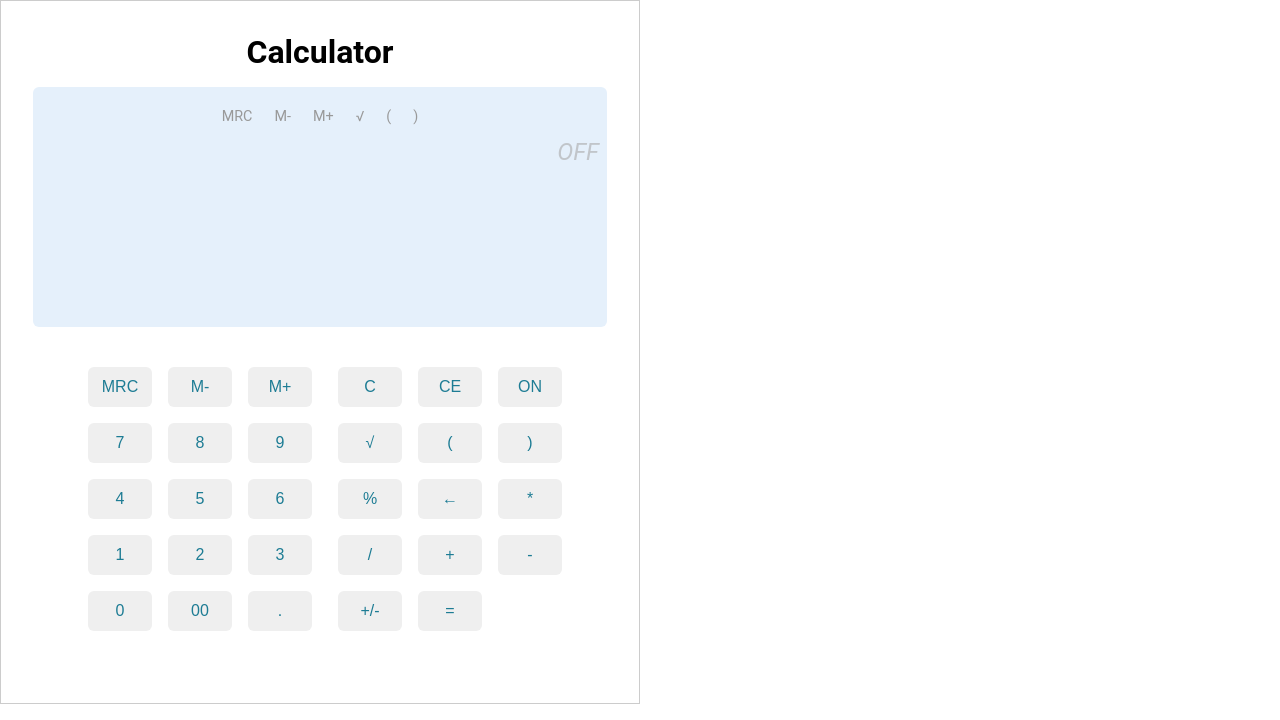
Repository: Denis793/CalculatorNew
Page: index.html
The author's editor kept a copy of each file at every save. The page is drawn from the files as they stood at one save, then again after the next save.
The browser window is 1280 px wide. The pictures show the whole page.
The style sheet was rebuilt from its Sass, Less or Tailwind sources for each picture, by a compiler version that may differ from the author's.

Above is the page before, as saved 2025-05-17 16:20:12.

### index.html
<!DOCTYPE html>
<html lang="en">
  <head>
    <meta charset="UTF-8" />
    <meta name="viewport" content="width=device-width, initial-scale=1.0" />
    <link rel="stylesheet" href="./app/style/css/main.css" />
    <title>Calculator</title>
  </head>
  <body>
    <div class="calculator">
      <h1>Calculator</h1>

      <div class="display">
        <div class="indicators">
          <span class="indicator" data-key="MRC">MRC</span>
          <span class="indicator" data-key="M-">M-</span>
          <span class="indicator" data-key="M+">M+</span>
          <span class="indicator" data-key="√">√</span>
          <span class="indicator" data-key="(">(</span>
          <span class="indicator" data-key=")" class="indicator">)</span>
        </div>

        <ul id="historyList"></ul>
        <div class="previous"></div>
        <div class="current"></div>
      </div>

      <div class="keypad">
        <div class="leftSection">
          <div class="memoryButton buttonSection">
            <button class="button">MRC</button>
            <button class="button">M-</button>
            <button class="button">M+</button>
          </div>

          <div class="numbersButtons buttonSection">
            <button class="button">7</button>
            <button class="button">8</button>
            <button class="button">9</button>

            <button class="button">4</button>
            <button class="button">5</button>
            <button class="button">6</button>

            <button class="button">1</button>
            <button class="button">2</button>
            <button class="button">3</button>

            <button class="button">0</button>
            <button class="button">00</button>
            <button class="button">.</button>
          </div>
        </div>

        <div class="rightSection">
          <div class="clearButtons buttonSection">
            <button class="button ac">C</button>
            <button class="button">CE</button>
            <button class="button">ON</button>
          </div>

          <div class="functionalButton buttonSection">
            <button class="button">√</button>
            <button class="button">(</button>
            <button class="button">)</button>
            <button class="button">%</button>
            <button class="button">←</button>
            <button class="button">*</button>
            <button class="button">/</button>
            <button class="button">+</button>
            <button class="button">-</button>
            <button class="button">+/-</button>
            <button class="button">=</button>
          </div>
        </div>
      </div>
    </div>
    <script src="./app/js/main.js" type="module"></script>
  </body>
</html>

### app/js/main.js
import { initializeCalculator } from './state.js';
import './power.js';
import './memory.js';
import './operations.js';
import './equals.js';
import './formatter.js';
import './history.js';
import './inputHandler.js';

initializeCalculator();

### app/js/state.js
// state.js
import { powerOnCalculator, powerOffCalculator } from './power.js';
import { handleMemory } from './memory.js';
import { handleOperations } from './operations.js';
import { handleEquals } from './equals.js';
import { handleInput } from './inputHandler.js';

export const state = {
  expression: '',
  memory: 0,
  finish: false,
  lastOperator: '',
  lastOperand: '',
  history: [],
  MAX_LENGTH: 12,
  displayPrev: document.querySelector('.previous'),
  displayCurr: document.querySelector('.current'),
  buttons: document.querySelector('.keypad'),
  historyList: document.getElementById('historyList'),
  isPoweredOn: false,
  powerTimeout: null,
  lastFunction: '',
  parenthesesCount: 0,
};

export function clearAll() {
  state.expression = '';
  state.finish = false;
  state.lastOperator = '';
  state.lastOperand = '';
  state.lastFunction = '';
  state.parenthesesCount = 0;
  state.displayCurr.textContent = '0';
  state.displayPrev.textContent = '';
  state.historyList.innerHTML = '';
  state.history = [];
  document.querySelectorAll('.button').forEach((btn) => btn.classList.remove('active-operator'));
  document.querySelectorAll('.indicator').forEach((i) => i.classList.remove('active'));
}

export function initializeCalculator() {
  powerOffCalculator();

  document.querySelector('.ac').addEventListener('click', clearAll);

  state.buttons.addEventListener('click', (e) => {
    const btn = e.target;
    if (!btn.classList.contains('button')) return;

    const key = btn.textContent;
    console.log('Натиснута кнопка:', key);

    if (key === 'ON') {
      if (!state.isPoweredOn) powerOnCalculator();
      else powerOffCalculator();
      return;
    }

    if (!state.isPoweredOn) return;

    // Активуємо лише відповідні індикатори, не скидаючи дужки
    const specialKeys = ['MRC', 'M-', 'M+', '+/-'];
    if (specialKeys.includes(key)) {
      document.querySelectorAll('.indicator').forEach((i) => {
        const keepActive = i.dataset.key === '(' && state.parenthesesCount > 0;
        if (!keepActive) i.classList.remove('active');
      });

      const indicator = document.querySelector(`.indicator[data-key="${key}"]`);
      if (indicator) indicator.classList.add('active');
    }

    if (handleMemory(key)) return;
    if (handleOperations(key)) return;
    if (handleEquals(key)) return;
    if (handleInput(key)) return;
  });
}

### app/js/power.js
import { state } from './state.js';

export function powerOnCalculator() {
  state.isPoweredOn = true;
  state.displayCurr.textContent = '0';
  state.displayCurr.classList.remove('off'); // прибираємо стиль OFF
  state.displayPrev.textContent = '';
  state.historyList.innerHTML = '';
  state.history = [];

  if (state.powerTimeout) clearTimeout(state.powerTimeout);
  state.powerTimeout = setTimeout(() => {
    powerOffCalculator();
  }, 15 * 60 * 1000); // 15 хв
}

export function powerOffCalculator() {
  state.isPoweredOn = false;
  state.expression = '';
  state.memory = 0;
  state.finish = false;
  state.lastOperator = '';
  state.lastOperand = '';
  state.displayCurr.textContent = 'OFF'; // індикатор
  state.displayCurr.classList.add('off'); // додаємо клас для стилю
  state.displayPrev.textContent = '';
  state.historyList.innerHTML = '';
  state.history = [];
}

### app/js/memory.js
import { state } from './state.js';
import { formatExpression } from './formatter.js';

export function handleMemory(key) {
  if (key === 'MRC') {
    state.displayCurr.textContent = formatExpression(state.memory.toString());
    state.expression = state.memory.toString();
    state.finish = false;
    return true;
  }

  if (key === 'M+') {
    state.memory += parseFloat(state.displayCurr.textContent.replace(/\s/g, '')) || 0;
    return true;
  }

  if (key === 'M-') {
    state.memory -= parseFloat(state.displayCurr.textContent.replace(/\s/g, '')) || 0;
    return true;
  }

  return false;
}

### app/js/operations.js
// operations.js
import { state, clearAll } from './state.js';
import { formatExpression } from './formatter.js';

export function handleOperations(key) {
  if (key === '+/-') {
    if (state.displayCurr.textContent === '0') return true;

    if (state.finish) {
      state.expression = (-parseFloat(state.displayCurr.textContent.replace(/\s/g, ''))).toString();
      state.displayCurr.textContent = formatExpression(state.expression);
      state.finish = false;
    } else if (state.expression) {
      const match = state.expression.match(/(-?\d+\.?\d*)$/);
      if (match) {
        const num = match[0];
        const inverted = (-parseFloat(num)).toString();
        state.expression = state.expression.slice(0, -num.length) + inverted;
      } else {
        state.expression = '-' + state.expression;
      }
      state.displayCurr.textContent = formatExpression(state.expression);
    }
    return true;
  }

  if (key === '←') {
    if (state.finish) return true;
    state.expression = state.expression.slice(0, -1);
    state.displayCurr.textContent = formatExpression(state.expression) || '0';
    return true;
  }

  if (key === '%') {
    state.expression += '/100';
    state.displayCurr.textContent = formatExpression(state.expression);
    return true;
  }

  if (key === '√') {
    if (state.expression === '') return true;

    const originalExpression = state.expression;
    const result = Math.sqrt(eval(originalExpression));
    const visibleExpr = `√${originalExpression}`;

    state.expression = result.toString();
    state.displayCurr.textContent = formatExpression(state.expression);
    state.displayPrev.textContent = visibleExpr;

    state.lastFunction = 'sqrt';
    state.lastOperator = '';
    state.lastOperand = '';
    state.finish = true;

    const indicator = document.querySelector(`.indicator[data-key="√"]`);
    if (indicator) indicator.classList.add('active');

    return true;
  }

  if (key === '(') {
    if (state.finish) {
      state.expression = '';
      state.finish = false;
    }
    state.expression += key;
    state.displayCurr.textContent = formatExpression(state.expression);

    state.parenthesesCount += 1;
    const indicator = document.querySelector(`.indicator[data-key="("]`);
    if (indicator) indicator.classList.add('active');

    return true;
  }

  if (key === ')') {
    if (state.finish) {
      state.expression = '';
      state.finish = false;
    }
    state.expression += key;
    state.displayCurr.textContent = formatExpression(state.expression);

    if (state.parenthesesCount > 0) {
      state.parenthesesCount -= 1;
      if (state.parenthesesCount === 0) {
        const indicator = document.querySelector(`.indicator[data-key="("]`);
        if (indicator) indicator.classList.remove('active');
      }
    }

    return true;
  }

  if (key === 'CE') {
    const match = state.expression.match(/.*?(?:[+\-*/(]|^)([\d.]+)$/);
    if (match) {
      state.expression = state.expression.slice(0, -match[1].length);
    } else {
      state.expression = '';
    }
    state.lastFunction = '';
    state.displayCurr.textContent = formatExpression(state.expression) || '0';
    document.querySelectorAll('.indicator').forEach((i) => i.classList.remove('active'));
    return true;
  }

  if (key === 'C') {
    clearAll();
    return true;
  }

  return false;
}

### app/js/equals.js
// equals.js
import { state } from './state.js';
import { formatExpression } from './formatter.js';
import { addToHistory } from './history.js';

export function handleEquals(key) {
  if (key !== '=') return false;

  try {
    if (!state.finish) {
      const result = eval(state.expression);
      const match = state.expression.match(/(.+)([+\-*/])\s*(-?\d+\.?\d*)$/);

      if (match) {
        state.lastOperator = match[2];
        state.lastOperand = match[3];
      } else {
        state.lastOperator = '';
        state.lastOperand = '';
      }

      const visible = state.displayPrev.textContent || state.expression;

      state.displayCurr.textContent = formatExpression(result.toString());
      state.expression = result.toString();
      state.finish = true;
      state.displayPrev.textContent = '';

      const containsOperator = /[+\-*/()]|Math\.sqrt|%/.test(visible);
      const isSame = visible.replace(/\s/g, '') === result.toString();

      if (containsOperator && !isSame) {
        addToHistory(`${visible} = ${result}`);
      }
    } else if (state.lastFunction === 'sqrt' && state.finish) {
      const value = parseFloat(state.expression);
      const result = Math.sqrt(value);
      const visible = `√${value}`;

      state.displayCurr.textContent = formatExpression(result.toString());
      state.expression = result.toString();
      state.displayPrev.textContent = visible;
      addToHistory(`${visible} = ${result}`);

      return true;
    } else if (state.lastOperator && state.lastOperand) {
      state.expression = `${state.expression}${state.lastOperator}${state.lastOperand}`;
      const result = eval(state.expression);
      state.displayCurr.textContent = formatExpression(result.toString());
      state.expression = result.toString();
      addToHistory(`${state.expression} = ${result}`);
    }
  } catch {
    state.displayCurr.textContent = 'Error';
    state.expression = '';
  }

  return true;
}

### app/js/formatter.js
export function formatExpression(raw) {
  return raw.replace(/\d{1,}/g, (match) => match.replace(/\B(?=(\d{3})+(?!\d))/g, ' '));
}

### app/js/history.js
import { state } from './state.js';

export function addToHistory(item) {
  state.history.push(item);
  if (state.history.length > 3) state.history.shift();

  state.historyList.innerHTML = '';
  state.history.forEach((entry) => {
    const li = document.createElement('li');
    li.textContent = entry;
    state.historyList.appendChild(li);
  });
}

### app/js/inputHandler.js
import { state } from './state.js';
import { formatExpression } from './formatter.js';

export function handleInput(key) {
  const allowed = ['0', '1', '2', '3', '4', '5', '6', '7', '8', '9', '.', '+', '-', '*', '/', '00'];
  if (!allowed.includes(key)) return false;

  if (state.finish) {
    if (!isNaN(key) || key === '(') state.expression = '';
    state.finish = false;
  }

  const digitsOnly = state.expression.replace(/\D/g, '');
  if (digitsOnly.length >= state.MAX_LENGTH) return true;

  if (state.displayCurr.textContent === '0' && !isNaN(key)) {
    state.expression = key;
  } else {
    state.expression += key;
  }

  state.displayCurr.textContent = formatExpression(state.expression);
  return true;
}

### app/style/scss/main.scss
@use 'reset' as *;

.calculator {
  padding: 2rem;
  width: 40rem;
  display: flex;
  flex-direction: column;
  justify-content: center;
  align-self: center;
  border: 1px solid #ccc;
}

h1 {
  font-size: 2rem;
  margin-bottom: 1rem;
  text-align: center;
}

.keypad {
  display: flex;

  gap: 10px;
  margin: 2rem auto;
  max-width: 30rem;
}

.buttonSection {
  display: grid;
  grid-template-columns: repeat(3, 1fr);
}

button {
  width: 4rem;
  height: 2.5rem;
  margin: 0.5rem;
  border: none;
  border-radius: 6px;
  color: #1d7c94;
  font-size: 1rem;
  cursor: pointer;
  transition: background-color 0.1s ease;

  &:hover {
    background-color: #0056b3;
    color: #fff;
  }

  &:active {
    background-color: #004085;
  }
}

.display {
  width: 100%;
  height: 15rem;
  border: none;
  border-radius: 6px;
  padding: 0.5rem;
  font-size: 1.5rem;
  text-align: right;
  background-color: #e5f0fb;
}

.active-operator {
  background-color: #ffa500;
  color: #fff;
}

ul {
  list-style: none;
  padding: 0;
  margin: 0;
}

li {
  font-family: monospace;
  font-size: 0.8rem;
  padding: 4px 0;
  border-bottom: 1px solid #ccc;
}

.current.off {
  color: #aaa;
  font-style: italic;
  opacity: 0.6;
}

.indicators {
  display: flex;
  flex-wrap: wrap;
  gap: 8px;
  padding: 10px;
  font-size: 0.9rem;
  justify-content: center;
  color: #999;
}

.indicator {
  padding: 2px 6px;
  border-radius: 4px;
  border: 1px solid transparent;
  transition: 0.2s;
}

.indicator.active {
  color: #000;
  font-weight: bold;
}

### app/style/scss/_reset.scss
* {
  margin: 0;
  padding: 0;
  box-sizing: border-box;
}

body {
  font-family: 'Roboto', sans-serif;
  font-size: 10px;
}

After the next save:
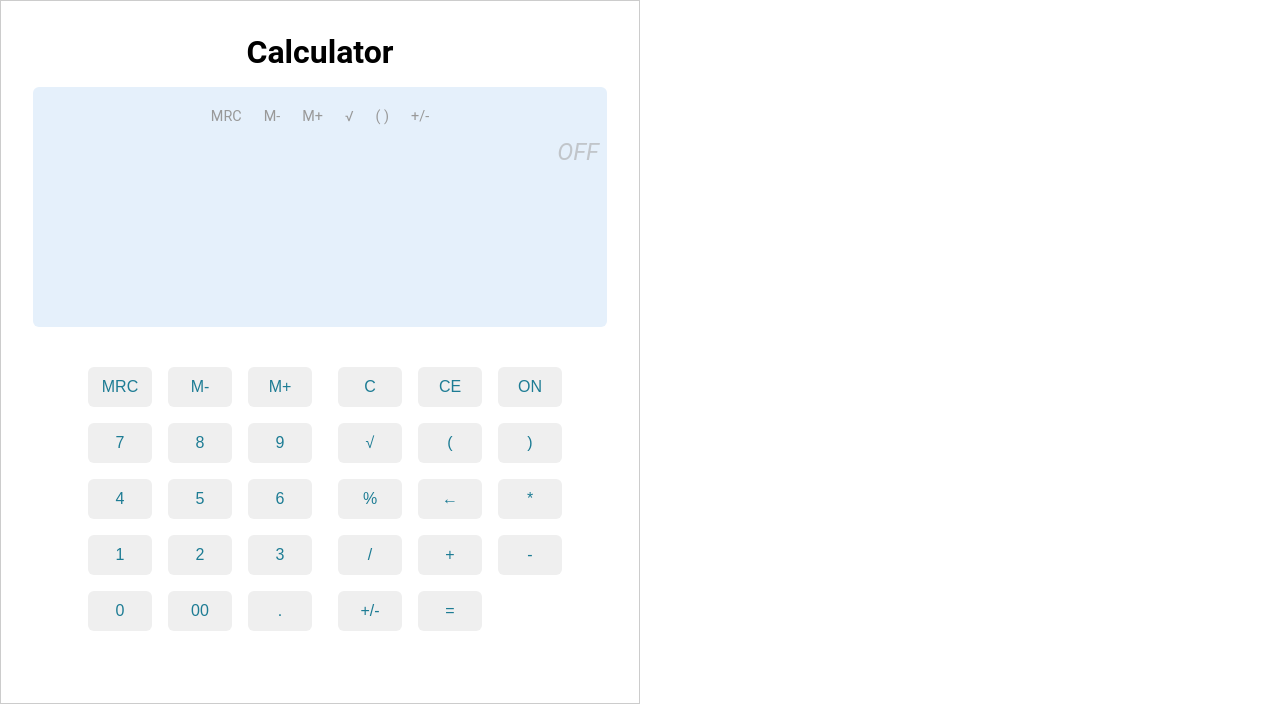
Saved 85 s later.
--- a/index.html
+++ b/index.html
@@ -16,8 +16,8 @@
           <span class="indicator" data-key="M-">M-</span>
           <span class="indicator" data-key="M+">M+</span>
           <span class="indicator" data-key="√">√</span>
-          <span class="indicator" data-key="(">(</span>
-          <span class="indicator" data-key=")" class="indicator">)</span>
+          <span class="indicator" data-key="(">( )</span>
+          <span class="indicator" data-key=")">+/-</span>
         </div>
 
         <ul id="historyList"></ul>
